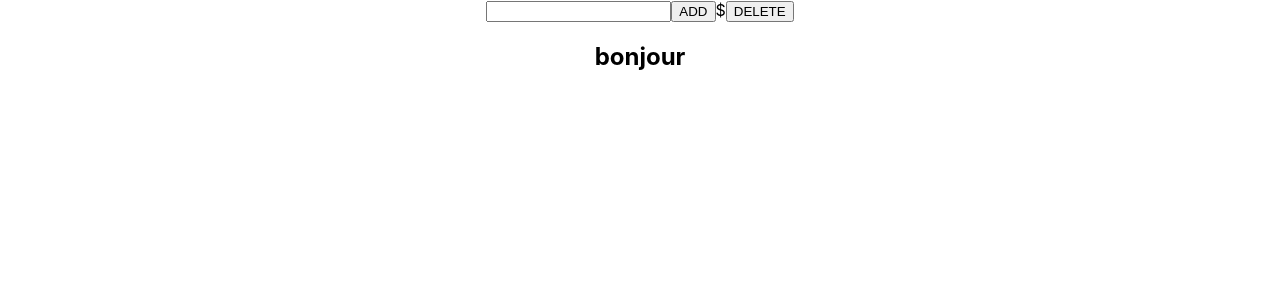
Repository: swayahskandar/State_ws
Page: / (app in corrections/WS-State-F3-Mars-master/)
The author's editor kept a copy of each file at every save. The page is drawn from the files as they stood at one save, then again after a run of saves.
The browser window is 1280 px wide. The pictures show the whole page.
The project was rebuilt for these pictures with package versions that can differ from the ones it lists, and the page was loaded fresh each time.

Above is the page before, as saved 2021-05-26 11:22:53.

### corrections/WS-State-F3-Mars-master/src/App.js
import React, { Component } from "react";
import "./App.css";
import Counter from "./components/Counter";

export default class App extends Component {

   state = {
    count: 0,
    myInput: "",
     arr: ["bonjour"],

   };

  add = (y) => {
    this.setState({ arr: [...this.state.arr, y] });
  };

  deletes = () => {
    this.setState({ arr: [""] });
  };

  handelChange = (x) => {
    this.setState({ myInput: x });
  };

  render() {
    return (
      <div className="App">

        <Counter add={this.add} />
        {this.state.arr.map((el) => (
          <h2>{el}</h2>
        ))}
      </div>
    );
  }

  render1() {
    return (
      <div className="App1">

        <Counter deletes={this.deletes} />
        {this.state.arr.map((el) => (
          <h2>{el.delete}</h2>
        ))}
      </div>
    );
  }

}

### corrections/WS-State-F3-Mars-master/src/components/Counter.js
import React, { Component } from "react";

export default class Counter extends Component {
  state = {
    text: "",
  };

  render() {
    return (
      <div>
        <input
          type="text"
          onChange={(e) => this.setState({ text: e.target.value })}
        />
        <button onClick={() => this.props.add(this.state.text)}>ADD</button>$
        <button onClick={() => this.props.deletes(this.state.text)}>DELETE</button>
      </div>
    );
  }

}

Loaded but not shown: corrections/WS-State-F3-Mars-master/public/index.html (common file); corrections/WS-State-F3-Mars-master/src/index.js (common file); corrections/WS-State-F3-Mars-master/src/index.css (common file); corrections/WS-State-F3-Mars-master/src/reportWebVitals.js (common file); corrections/WS-State-F3-Mars-master/src/App.css (common file)

After the next 2 saves:
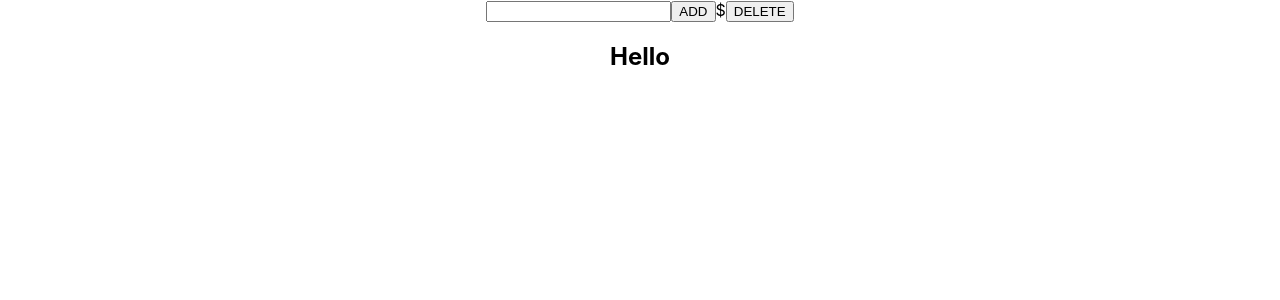
The 2 saves are shown as one change because they came seconds apart.
The last was saved 7 s later.
--- a/corrections/WS-State-F3-Mars-master/src/App.js
+++ b/corrections/WS-State-F3-Mars-master/src/App.js
@@ -7,7 +7,7 @@ export default class App extends Component {
    state = {
     count: 0,
     myInput: "",
-     arr: ["bonjour"],
+     arr: ["Hello"],
 
    };
 
